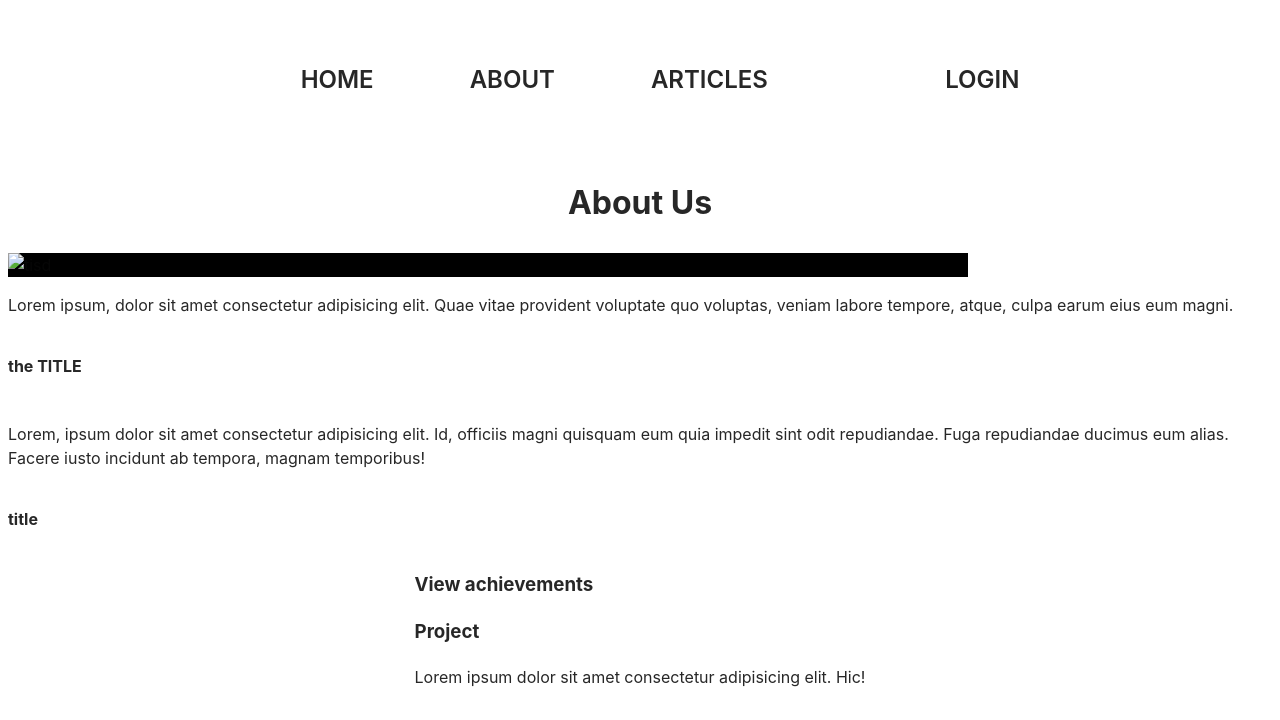
Repository: ValGrace/-static-site
Page: /about (app in client/)
An editor plug-in stored every save of this project. The page is shown before and after the next save, followed by the edit.
The browser window is 1280 px wide. The pictures show the whole page.
The project was rebuilt for these pictures with package versions that can differ from the ones it lists, and the page was loaded fresh each time. Also part of the build but not shown: client/vite.config.js, client/src/Utils/appwrite.js, client/src/Components/Inputs.css, client/src/Components/Login.jsx, client/src/Components/Signup.jsx, client/src/Components/HomeSection.jsx, client/src/Components/TopSection.jsx, client/src/Pages/HomePage.jsx.

Above is the page before, as saved 2023-02-07 13:02:00.

### client/src/main.jsx
import React from 'react'
import ReactDOM from 'react-dom/client'
import App from './App'
import './index.css'
import { BrowserRouter } from 'react-router-dom'
ReactDOM.createRoot(document.getElementById('root')).render(
  <React.StrictMode>
    <BrowserRouter>
    <App />
    </BrowserRouter>
  </React.StrictMode>,
)

### client/src/App.jsx
import PageRouter from './Routing/PageRouter'
import './App.css'

function App() {


  return (
    <div className="App">
      <PageRouter />
    </div>
  )
}

export default App

### client/src/index.css
:root {
  font-family: Inter, system-ui, Avenir, Helvetica, Arial, sans-serif;
  line-height: 1.5;
  font-weight: 400;

  color-scheme: light dark;
  color: rgba(7, 7, 7, 0.87);
  background-color: #ffffff;

  font-synthesis: none;
  text-rendering: optimizeLegibility;
  -webkit-font-smoothing: antialiased;
  -moz-osx-font-smoothing: grayscale;
  -webkit-text-size-adjust: 100%;
}

/* a {
  font-weight: 500;
  color: #646cff;
  text-decoration: inherit;
}
a:hover {
  color: #535bf2;
}

body {
  margin: 0;
  display: flex;
  place-items: center;
  min-width: 320px;
  min-height: 100vh;
}

h1 {
  font-size: 3.2em;
  line-height: 1.1;
}

button {
  border-radius: 8px;
  border: 1px solid transparent;
  padding: 0.6em 1.2em;
  font-size: 1em;
  font-weight: 500;
  font-family: inherit;
  background-color: #1a1a1a;
  cursor: pointer;
  transition: border-color 0.25s;
}
button:hover {
  border-color: #646cff;
}
button:focus,
button:focus-visible {
  outline: 4px auto -webkit-focus-ring-color;
}

@media (prefers-color-scheme: light) {
  :root {
    color: #213547;
    background-color: #ffffff;
  }
  a:hover {
    color: #747bff;
  }
  button {
    background-color: #f9f9f9;
  }
} */

### client/src/Routing/PageRouter.jsx
import Dashboard from "../Pages/Dashboard";
import HomePage from "../Pages/HomePage";
import { Routes, Route} from "react-router-dom"
import AboutPage from "../Pages/aboutPage";
const PageRouter = () => {
    return (
        <Routes>
            <Route path="/" element={<Dashboard />} />
            <Route path="/home" element={<HomePage />} />
            <Route path="/about" element={<AboutPage />} />

        </Routes>
    )
}

export default PageRouter

### client/src/App.css
.App {
  display: flex;
  flex-direction: column;
  justify-content: center;
  align-items: center;
}

### client/src/Pages/Dashboard.jsx
import React, { useReducer} from 'react'
import Login from '../Components/Login'
import Signup from '../Components/Signup'
import "../Components/Inputs.css"
const initialState = {page : <Login />}
function reducer(state, action) {
    switch(action.type) {
        case 'loginpage':
          return { page: <Login />}
        case 'signuppage':
            return { page: <Signup />}
        default:
            return { page: <h2>Loading....</h2>}
    }
}
const Dashboard = () => {
    const [state, dispatch] = useReducer(reducer, initialState)
    return (
        <div className='dashboard'>
         <h2>Static Site Generator</h2>
         <div>Static site Image</div>
         <div className='dash' id='dash'>
            <div className='toggleForms'>
                <button onClick={() => dispatch({type: 'loginpage'})} className="type-btn">Login</button>
                <button onClick={() => dispatch({type: 'signuppage'})} className="type-btn">Signup</button>
                </div>
            <React.Fragment>{state.page}</React.Fragment>

            <button id="auth-btns">Login with Github account</button>
            <button id="auth-btns">Login with Google account</button>
         </div>
       </div>
    )
}

export default Dashboard

### client/src/Pages/aboutPage.jsx
import Navbar from "../Components/Navbar"
import "../Components/InfoPage.css"
const AboutPage = () => {
   return (
    <>
    <Navbar />
    <h2 id="about-page">about us</h2>
    <div className="about-mid">
        <div className="about-info">
            <h4>the TITLE</h4>
            <p>Lorem ipsum, dolor sit amet consectetur adipisicing elit. Quae vitae provident voluptate quo voluptas, veniam labore tempore, atque, culpa earum eius eum magni.</p>
            <div className="abt-img">
                <img src="" alt="tisd" />
            </div>
        </div>
        <div className="about-info">
            <h4>title</h4>
            <p>Lorem, ipsum dolor sit amet consectetur adipisicing elit. Id, officiis magni quisquam eum quia impedit sint odit repudiandae. Fuga repudiandae ducimus eum alias. Facere iusto incidunt ab tempora, magnam temporibus!</p>
        </div>

    </div>
    <div>
        <h3>View achievements</h3>
        <div>
            <h3>Project</h3>
            <p>Lorem ipsum dolor sit amet consectetur adipisicing elit. Hic!</p>
        </div>
    </div>
    </>
   )
}

export default AboutPage

### client/src/Components/Navbar.jsx
import "./Navbar.css"
const Navbar = () => {
    return (
        <nav>
            <ul>
                <li>home</li>
                <li>about</li>
                <li>articles</li>
            </ul>
            <ul>
                <li>Login</li>
            </ul>
        </nav>
    )
}

export default Navbar

### client/src/Components/InfoPage.css
#about-page {
    font-size:2rem;
    text-transform: capitalize;

    width: 80vw;

    text-align: center;
}

.about-mid {
   display: flex;
   gap: 0.4rem;
   flex-wrap: wrap;
   flex-direction: column;
}

.about-info {
    /* width: 25vw; */
    display: flex;
    flex-direction: column-reverse;
}

.abt-img {
    background-color: black;
    width: 75vw;

}

### client/src/Components/Navbar.css
nav {
    width: 70vw;
    height: 20vh;
    display: flex;
}

nav > ul{
  display: flex;
  flex-direction: row;
  text-transform: uppercase;
  list-style-type: none;
  justify-content: center;
  align-items: center;
  gap: 4em;
  font-weight: 600;
  font-size: 1.5rem;
  flex-grow: 1;
}

#top-text {
    width: 80vw;
}

#top-text > h2 {
    font-size: 4.5rem;
    text-transform: capitalize;
    margin: 0;
    /* float: left; */
}

#top-text > p {
    float: right;

}

.head-section {
    display: flex;
    width: 80vw;
    gap: 0.5em;
    flex-wrap: wrap;
}

.head-img {
    background-color: rgb(1, 51, 51);
    width: 50%;
    border-radius: 0.9em;
    height: 30vh;
}

.side-section {
    display: flex;
    flex-direction: row;
    gap: 0.3rem;
    width: 40%;
}

.side-img {
    background-color: black;
    width: 5rem;
    height: 4rem;
    border-radius: 50%;
}

.side-blogs > h4, .side-blogs > p {
    margin: 0;
}

.site-descr {
    width: 80vw;
    background-color: rgba(1, 1, 12, 0.979);
    color: rgba(255, 255, 255, 0.767);
    border-radius: 9px;
    margin-top: 0.9rem;
    display: flex;
    /* gap: 0.4rem; */
    padding: 0.4rem;
    height: 25vh;
    margin-bottom: 3em;
}

.site-descr > p {
    width: 75%;
}
.site-sep {
    width: 0.1rem;
    height: 90%;
    background-color: azure;
    margin-right: 0.7rem;
}


.value-section {
   width: 80vw;
    display: flex;
    gap: 0.3rem;
    flex-wrap: wrap;
}

.single-value {
    border: 0.9px solid rgba(0, 0, 0, 0.87);
    padding: 0.8em;
    width: 20rem;
}

Loaded but not shown: client/index.html (common file)

After the next save:
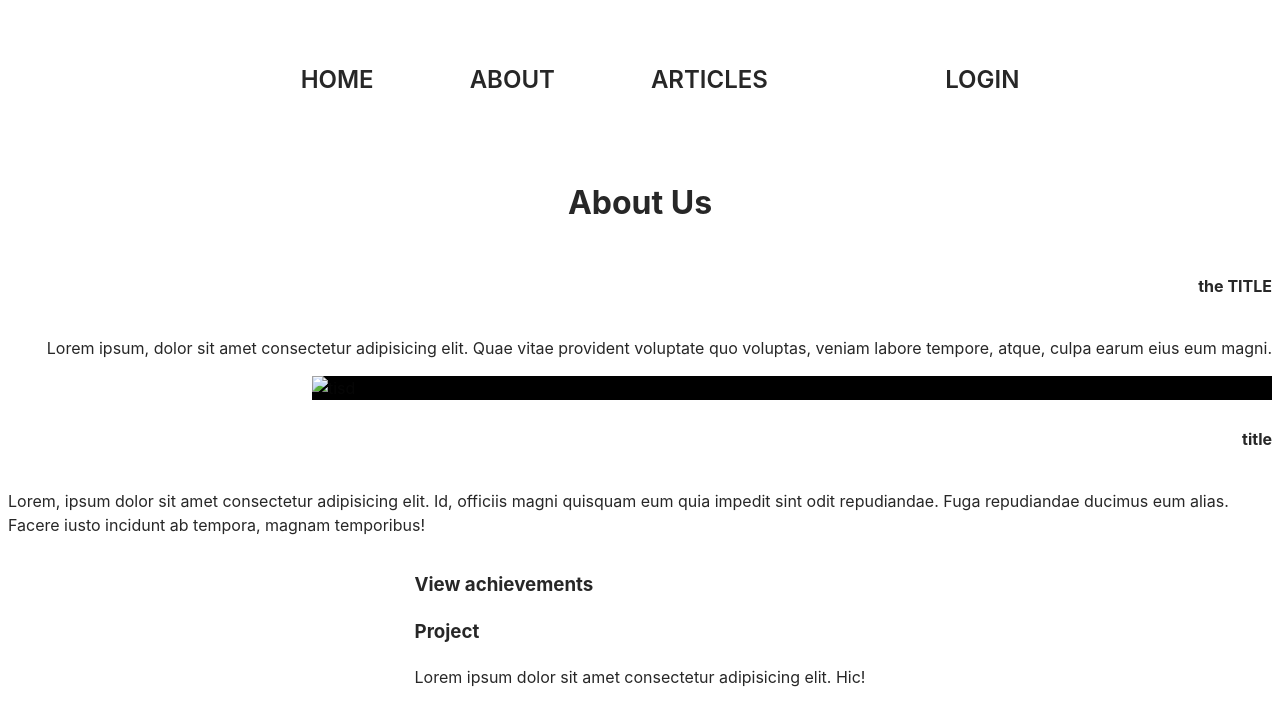
Saved 27 s later.
--- a/client/src/Components/InfoPage.css
+++ b/client/src/Components/InfoPage.css
@@ -17,7 +17,8 @@
 .about-info {
     /* width: 25vw; */
     display: flex;
-    flex-direction: column-reverse;
+    flex-direction: row-reverse;
+    flex-wrap: wrap;
 }
 
 .abt-img {
